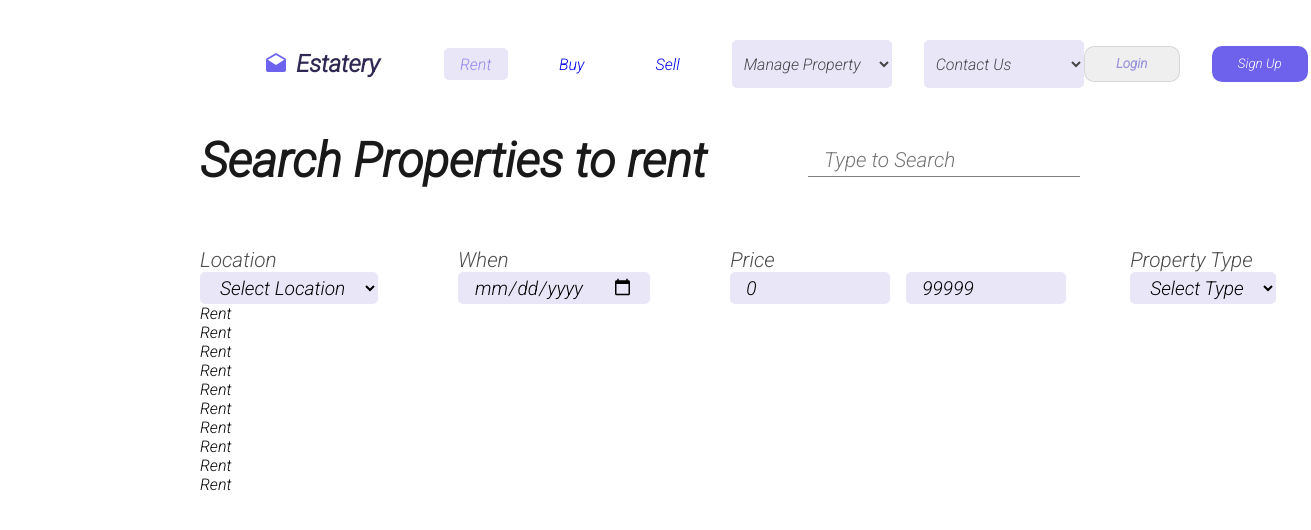
Repository: kapil4457/Reunion-Internship-Assignment
Page: /
These files come from the project's save history. The page is drawn as it stood at one moment and after the next save; the edit follows.
The browser window is 1280 px wide. The page is 1308 px wide, then 1311 px, so the pictures cover 1311 px, including what lies to the right of the window. The pictures show the whole page.
The project was rebuilt for these pictures with package versions that can differ from the ones it lists, and the page was loaded fresh each time. Also part of the build but not shown: src/App.css.

Above is the page before, as saved 2022-10-05 14:35:20.

### public/index.html
<!DOCTYPE html>
<html lang="en">
  <head>
    <meta charset="utf-8" />
    <link rel="icon" href="%PUBLIC_URL%/favicon.ico" />
    <meta name="viewport" content="width=device-width, initial-scale=1" />
    <meta name="theme-color" content="#000000" />
    <meta
      name="description"
      content="Web site created using create-react-app"
    />
    <link href="https://fonts.googleapis.com/css2?family=Roboto:ital,wght@1,300&display=swap" rel="stylesheet">
    <link rel="apple-touch-icon" href="%PUBLIC_URL%/logo192.png" />
    <link rel="preconnect" href="https://fonts.googleapis.com">
    <!--
      manifest.json provides metadata used when your web app is installed on a
      user's mobile device or desktop. See https://developers.google.com/web/fundamentals/web-app-manifest/
    -->
    <link rel="manifest" href="%PUBLIC_URL%/manifest.json" />
    <!--
      Notice the use of %PUBLIC_URL% in the tags above.
      It will be replaced with the URL of the `public` folder during the build.
      Only files inside the `public` folder can be referenced from the HTML.

      Unlike "/favicon.ico" or "favicon.ico", "%PUBLIC_URL%/favicon.ico" will
      work correctly both with client-side routing and a non-root public URL.
      Learn how to configure a non-root public URL by running `npm run build`.
    -->
    <title>React App</title>
  </head>
  <body>
    <noscript>You need to enable JavaScript to run this app.</noscript>
    <div id="root"></div>
    <!--
      This HTML file is a template.
      If you open it directly in the browser, you will see an empty page.

      You can add webfonts, meta tags, or analytics to this file.
      The build step will place the bundled scripts into the <body> tag.

      To begin the development, run `npm start` or `yarn start`.
      To create a production bundle, use `npm run build` or `yarn build`.
    -->
  </body>
</html>

### src/index.css
*{
  font-family: 'Roboto', sans-serif;

}

/* Chrome, Safari, Edge, Opera */
input::-webkit-outer-spin-button,
input::-webkit-inner-spin-button {
  -webkit-appearance: none;
  margin: 0;
}

/* Firefox */
input[type=number] {
  -moz-appearance: textfield;
}

### src/App.js
import { Route, Routes } from 'react-router-dom';
import './App.css';
import Header from './components/Header/Header';
import Home from  './components/Home/Home'
import Rent from './components/Rent/Rent';

function App() {
  return (
    <>
    <Header />
    <Routes>
      <Route path='/' element={<Home/>}/>
      <Route path='/rent' element={<Rent/>}/>
    </Routes>
    </>
  );
}

export default App;

### src/components/Header/Header.jsx
import React from "react";
import DraftsIcon from "@mui/icons-material/Drafts";
import { NavLink } from "react-router-dom";
import "./Header.css";
const Header = () => {
  return (
    <>
      <div className="header">
        <div className="left">
          <div className="logo">
            <DraftsIcon />
            <span>Estatery</span>
          </div>
          <div className="categories">
            <NavLink
              to="/rent"
              className={({ isActive }) => (isActive ? "activeClass" : "")}
            >
              Rent
            </NavLink>
            <NavLink
              to="/buy"
              className={({ isActive }) => (isActive ? "activeClass" : "")}
            >
              Buy
            </NavLink>
            <NavLink
              to="/sell"
              className={({ isActive }) => (isActive ? "activeClass" : "")}
            >
              Sell
            </NavLink>
            <select name="" id="manage">
              <option value="Manage Property" hidden>
                Manage Property
              </option>
              <option value="Owned">Owned</option>
              <option value="BookMarked">BookMarked</option>
            </select>
            <select name="" id="resources">
              <option value="contact">Contact Us</option>
              <option value="FAQ">FAQ</option>
            </select>
          </div>
        </div>
        <div className="right">
          <button className="login">Login</button>
          <button className="sign-up">Sign Up</button>
        </div>
      </div>
    </>
  );
};

export default Header;

### src/components/Home/Home.jsx
import React, { useEffect } from "react";
import { useNavigate } from "react-router-dom";

const Home = () => {
  const navigate = useNavigate();
  useEffect(() => {
    navigate("/rent");
  });
  return <></>;
};

export default Home;

### src/components/Rent/Rent.jsx
import React, { useState } from "react";
import { home } from "../../home";
import RentCard from "../RentCard/RentCard";
import "./Rent.css";
const Rent = () => {
  const [location, setlocation] = useState("");
  const [rangeMin, setMinRange] = useState(0);
  const [rangeMax, setMaxRange] = useState(99999);
  const [type, setType] = useState("");
  const [date, setDate] = useState(new Date());
  const [typed, setTyped] = useState("");

  //date -> YY/MM/DD format
  const filtering = (val) => {
    var dateNow = new Date(val.moveIn);
    var date2 = new Date(date);

    if (
      (location === "" || location == val.state) &&
      (parseInt(rangeMax) > val.price || rangeMax == "") &&
      (parseInt(rangeMin) < val.price || rangeMin == "") &&
      type === "" &&
      date2 <= dateNow &&
      (typed === "" || val.state.includes(typed) || val.address.includes(typed))
    ) {
      console.log(date2, dateNow);
      return true;
    }
  };
  return (
    <>
      <div className="rent-main">
        <div className="first">
          <div className="heading">Search Properties to rent</div>
          <input
            className="search-bar"
            placeholder="Type to Search"
            value={typed}
            onChange={(e) => {
              setTyped(e.target.value);
            }}
          />
        </div>
        <div className="second">
          <div>
            <span>Location</span>
            <select
              name=""
              id=""
              onChange={(e) => {
                setlocation(e.target.value);
              }}
            >
              <option value="" hidden>
                Select Location
              </option>
              <option value="Bathinda">Bathinda</option>
              <option value="Nagpur">Nagpur</option>
              <option value="Lonavala">Lonavala</option>
              <option value="Chandigarh">Chandigarh</option>
              <option value="Pune">Pune</option>
              <option value="Shimla">Shimla</option>
              <option value="Kochi">Kochi</option>
              <option value="Banaras">Banaras</option>
              <option value="Banglore">Banglore</option>
              <option value="Aurangabad">Aurangabad</option>
            </select>
          </div>
          <div>
            <span>When</span>
            <input
              type="date"
              onChange={(e) => {
                setDate(e.target.value);
              }}
            />
          </div>
          <div>
            <span>Price</span>
            <div>
              {/* <input
                type="range"
                name=""
                className="price-range"
                max={10000}
                min={500}
                onChange={(e) => {
                  setRange(e.target.value);
                }}
              />
              <span>{range}</span> */}
              <input
                type="number"
                placeholder="Minimum"
                value={rangeMin}
                onChange={(e) => {
                  setMinRange(e.target.value);
                }}
              />
              <input
                type="number"
                placeholder="Maximum"
                value={rangeMax}
                onChange={(e) => {
                  setMaxRange(e.target.value);
                }}
              />
            </div>
          </div>
          <div>
            <span>Property Type</span>
            <select
              name=""
              id=""
              onChange={(e) => {
                setType(e.target.value);
              }}
            >
              <option value="" hidden>
                Select Type
              </option>
              <option value="">Villa</option>
              <option value="">Flats</option>
              <option value="">RowHouse</option>
            </select>
          </div>
        </div>
        {home.filter(filtering).map((item, idx) => (
          <RentCard data={item} key={idx} />
        ))}
      </div>
    </>
  );
};

export default Rent;

### src/components/Header/Header.css

.header{
display:flex;
justify-content:space-between;
align-items:center;
padding:2rem 4rem;
}

.left{
    display:flex;
    align-items:center;
    gap:4rem;
}
.left > .logo{
    display:flex;
    align-items:center;
    gap:0.5rem;
    font-size:1.5rem;
    font-weight:650;
    color:rgb(48,41,83);
}

.left > .logo > svg{
    color:rgb(110,99,238);
}

.categories{
    display:flex;
    align-items:center;
    gap:2rem;
}

.categories > a{
    text-decoration:none;
    font-weight:550;
    height:2rem;
    display:flex;
    align-items:center;
    width:4rem;
    justify-content: center;
}

.activeClass{
    color:rgb(150, 136, 238);
    background-color: rgb(233,230,247);
    border-radius: 5px;
}

.categories > select{
    width:10rem;
    height:3rem;
    border:none;
    outline:none;
    color:rgba(0,0,0,0.7);
    font-weight:550;
    background-color:rgb(233,230,247);
    border-radius:5px;
    padding:0 0.5rem;
    font-size:1rem;
}

.categories > select > option{
    font-size:1rem;
    font-weight:550;
}
.right{
    display:flex;
    align-items:center;
    gap:2rem;

}

.right > button {
    width:6rem;
    height:2.3rem;
    border-radius:10px;
    outline:none;

}

.login{
border:1px solid rgba(0,0,0,0.1);
color:rgb(154, 148, 218);
font-weight:650;
cursor:pointer;
}

.sign-up
{
    background-color:rgb(110,97,236);
    color:white;
    cursor:pointer;
    border:none;
}

### src/home.js
export const home = [

        {
            state:"Nagpur",
            price:2500,
            address:" Lorem ipsum dolor sit amet consectetur adipisicing elit. Quis",
            bedCount:2,
            bathCount:2,
            area:"8x10",
            image:"h1.jpg",
            moveIn:new Date(2022,10,20),
            type:"Villa"

        },
        {
            state:"Lonavala",
            price:2600,
            address:" Lorem ipsum dolor sit amet consectetur adipisicing elit. Quis",
            bedCount:2,
            bathCount:2,
            area:"8x12",
            image:"h2.jpg",
            moveIn:new Date(2022,11,20),
            type:"Flats"



        },     {
            state:"Bathinda",
            price:3000,
            address:" Lorem ipsum dolor sit amet consectetur adipisicing elit. Quis",
            bedCount:3,
            bathCount:2,
            area:"10x12",
            image:"h3.jpg",
            moveIn:new Date(2022,11,12),
            type:"RowHouse"



        },     {
            state:"Chandigarh",
            price:2700,
            address:" Lorem ipsum dolor sit amet consectetur adipisicing elit. Quis",
            bedCount:2,
            bathCount:2,
            area:"10x10",
            image:"h4.jpg",
            moveIn:new Date(2023,1,20),
            type:"Villa"



        },     {
            state:"Pune",
            price:3800,
            address:" Lorem ipsum dolor sit amet consectetur adipisicing elit. Quis",
            bedCount:3,
            bathCount:3,
            area:"8x10",
            image:"h5.jpg",
            moveIn:new Date(2023,1,10),
            type:"Flats"


        },     {
            state:"Shimla",
            price:3400,
            address:" Lorem ipsum dolor sit amet consectetur adipisicing elit. Quis",
            bedCount:3,
            bathCount:2,
            area:"12x10",
            image:"h6.jpg",
            moveIn:new Date(2023,2,15),
            type:"RowHouse"



        },     {
            state:"Kochi",
            price:2100,
            address:" Lorem ipsum dolor sit amet consectetur adipisicing elit. Quis",
            bedCount:2,
            bathCount:2,
            area:"9x10",
            image:"h7.jpg",
            moveIn:new Date(2023 , 2 ,15),
            type:"Villa"


        },     {
            state:"Banaras",
            price:2500,
            address:" Lorem ipsum dolor sit amet consectetur adipisicing elit. Quis",
            bedCount:2,
            bathCount:2,
            area:"8x10",
            image:"h8.jpg",
            moveIn:new Date(2023 , 3 ,19),
            type:"Flats"



        },     {
            state:"Banglore",
            price:4000,
            address:" Lorem ipsum dolor sit amet consectetur adipisicing elit. Quis",
            bedCount:3,
            bathCount:2,
            area:"10x14",
            image:"h9.jpg",
            moveIn:new Date(2023 , 5 , 19),
            type:"RowHouse"



        },     {
            state:"Aurangabad",
            price:3000,
            address:" Lorem ipsum dolor sit amet consectetur adipisicing elit. Quis",
            bedCount:2,
            bathCount:2,
            area:"8x10",
            image:"h10.jpg",
            moveIn:new Date(2023 , 6 , 6),
            type:"Villa"



        },

]

### src/components/RentCard/RentCard.jsx
import React from "react";

const RentCard = ({ data }) => {
  console.log(data);
  return <div>Rent</div>;
};

export default RentCard;

### src/components/Rent/Rent.css
body{

    padding:0 12rem;
}

.first{
    display:flex;
    height:5rem;
    justify-content: space-between;
    align-items:center;
    margin-bottom:3rem;
}

.first > .heading{
    font-size:3rem;
    font-weight:650;
    color:rgba(0,0,0,0.9);
}

.first > .search-bar{
    width:15rem;
    padding:0 1rem;
    border:none;
    border-bottom:1px solid gray;
    outline:none;
    height:2rem;
    font-size:1.3rem;
}
.second > div >select {
    font-size:1.2rem;
    height:2rem;
    padding:0 1rem;
    border-radius:5px;
    border:none;
    outline:none;
    background-color:rgb(233,230,247);
}
.second > div >input  , .second > div >div>input {
    font-size:1.2rem;
    height:2rem;
    border-radius:5px;
    border:none;
    outline:none;
    padding:0 1rem;

    background-color:rgb(233,230,247);
}

.second > div >div{
display:flex;
gap:1rem;

}
.second > div >div>input{
width:8rem;

}
.second{
    display: flex;
    gap:5rem;
}
.second>div{
    display:flex;
    flex-direction: column;
    width:20rem;
}

.second >div>span{
    color:rgba(0,0,0,0.7);
    font-size:1.3rem;
    font-weight:550;
}

Loaded but not shown: src/index.js (common file); src/reportWebVitals.js (common file)

After the next save:
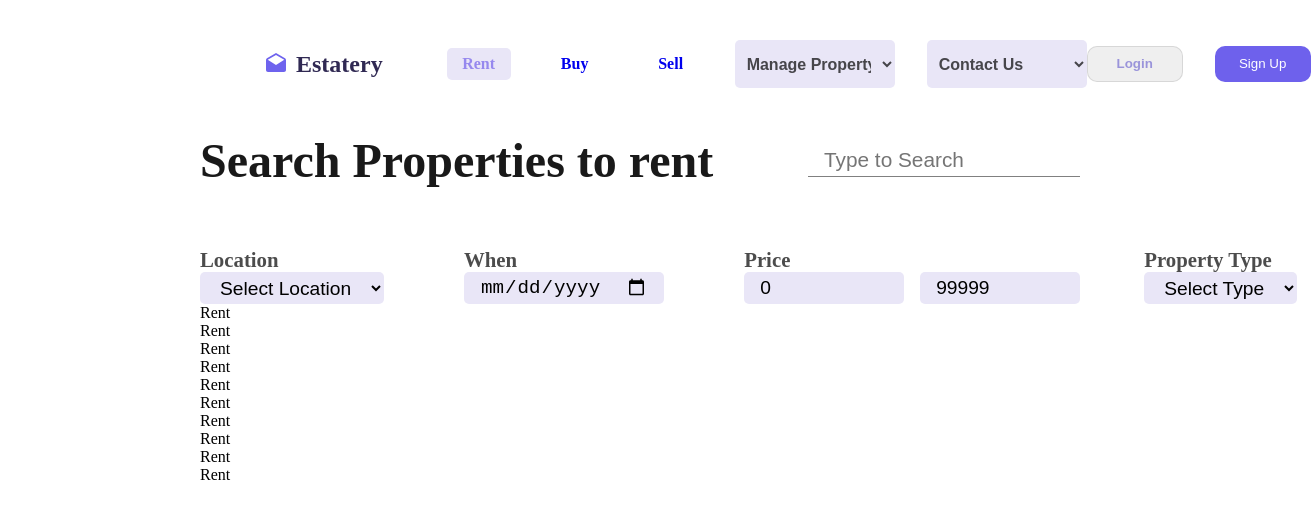
Saved 36 s later.
--- a/src/index.css
+++ b/src/index.css
@@ -1,7 +1,7 @@
-*{
+/* *{
   font-family: 'Roboto', sans-serif;
 
-}
+} */
 
 /* Chrome, Safari, Edge, Opera */
 input::-webkit-outer-spin-button,
